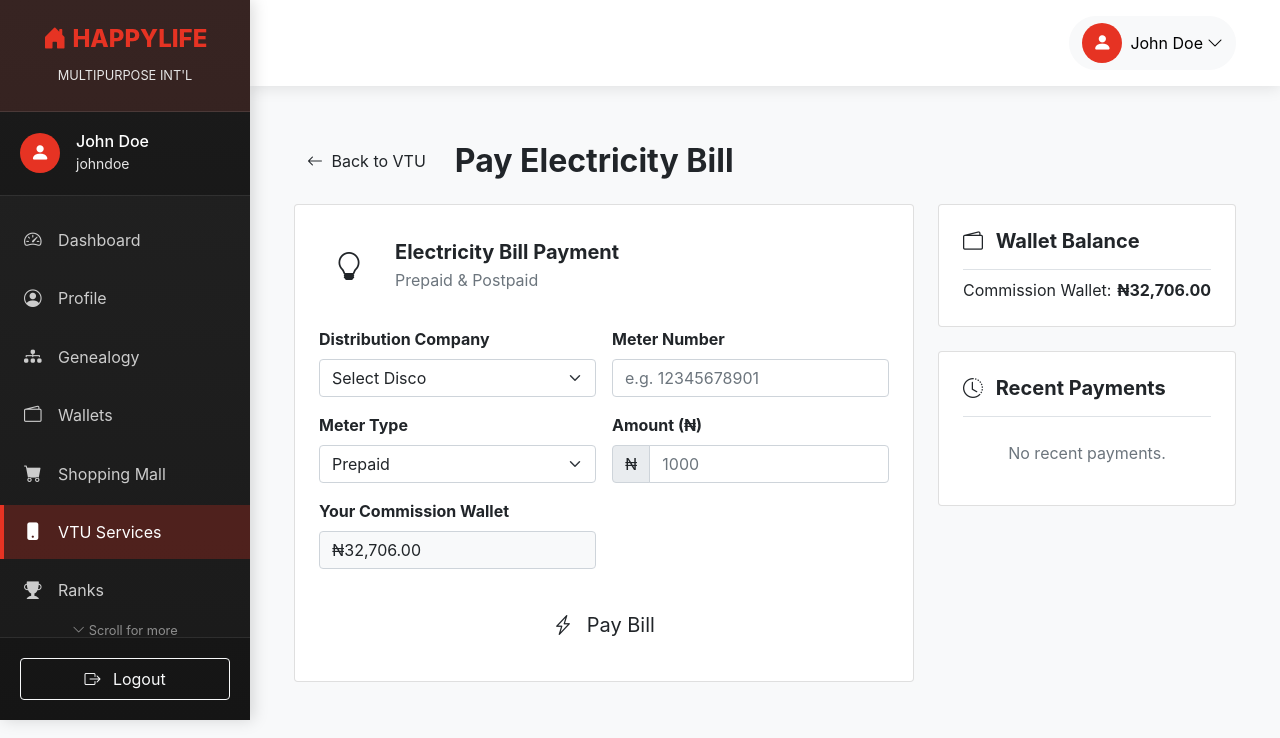
Repository: YackswebCode/happylife
Page: http://localhost/member/vtu/electricity
An editor plug-in stored every save of this project. The page is shown before and after the next save, followed by the edit.
The browser window is 1280 px wide. The pictures show the whole page.
The page is served by the project's Laravel application, run on PHP 8.4 with Laravel 12. The first stored user is signed in. The database holds what the project's SQL file puts in it. Queries for data that is not in the repository find no rows.

Above is the page before, as saved 2026-03-04 13:56:26.

After the next save:
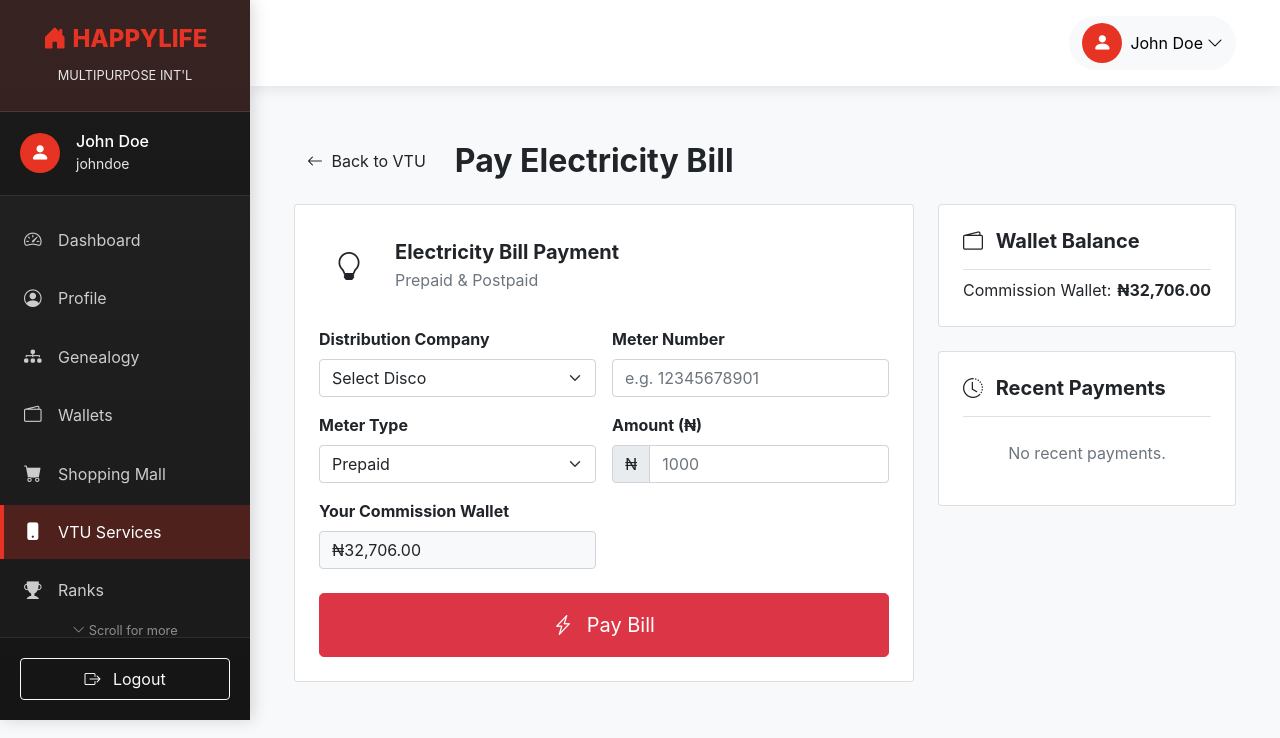
Saved 98 s later.
--- a/resources/views/member/vtu/electricity.blade.php
+++ b/resources/views/member/vtu/electricity.blade.php
@@ -61,7 +61,7 @@
                             </div>
                         </div>
                         <div class="col-12 mt-4">
-                            <button type="submit" class="btn btn-happylife-dark btn-lg w-100 py-3">
+                            <button type="submit" class="btn btn-danger btn-lg w-100 py-3">
                                 <i class="bi bi-lightning-charge me-2"></i> Pay Bill
                             </button>
                         </div>
